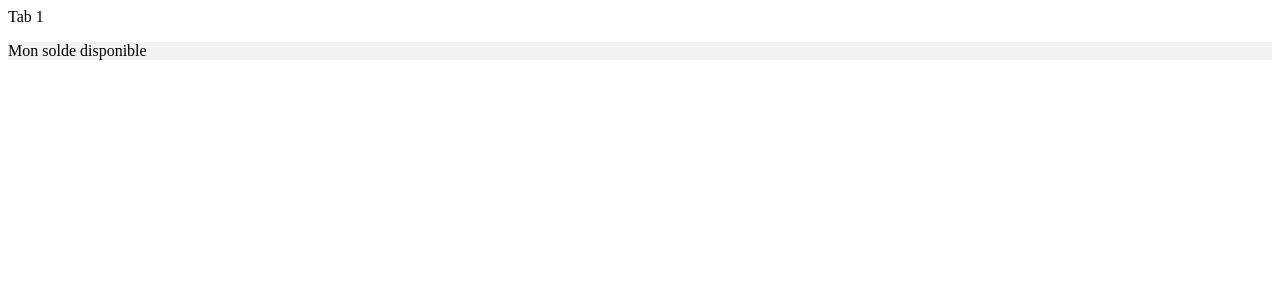
Repository: karimniang/AKN_SA_Transactions
Page: TransfertFrontProject/src/app/tab1/tab1.page.html
The author's editor kept a copy of each file at every save. The page is drawn from the files as they stood at one save, then again after the next save.
The browser window is 1280 px wide. The pictures show the whole page.

Above is the page before, as saved 2021-03-02 00:35:16.

### TransfertFrontProject/src/app/tab1/tab1.page.html
<ion-header [translucent]="true">
  <ion-toolbar>
    <ion-title>
      Tab 1
    </ion-title>
  </ion-toolbar>
</ion-header>

<ion-content [fullscreen]="true" >
  <div style="background-color: #f2f2f2;" class="h-25">
    <div class="w-75 mx-auto h-50 p-4 bg-white">
      <p>Mon solde disponible</p>
    </div>
  </div>
  <!-- <ion-header collapse="condense">
    <ion-toolbar>
      <ion-title size="large">Tab 1</ion-title>
    </ion-toolbar>
  </ion-header>

  <app-explore-container name="Tab 1 page"></app-explore-container> -->
</ion-content>

After the next save:
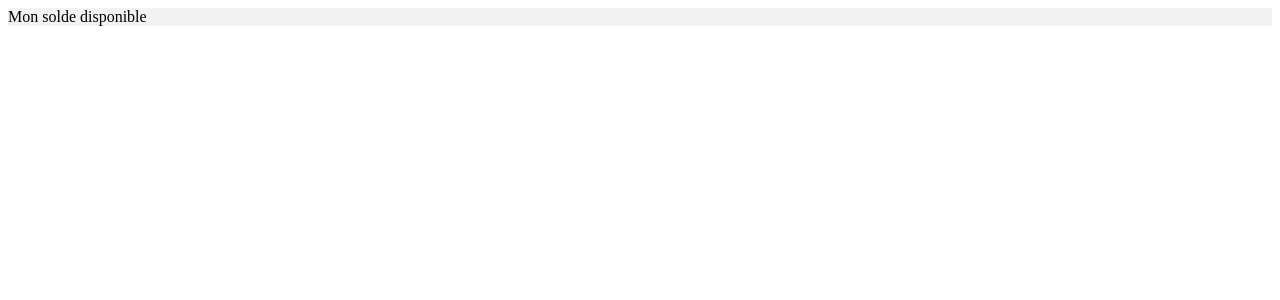
Saved 11 s later.
--- a/TransfertFrontProject/src/app/tab1/tab1.page.html
+++ b/TransfertFrontProject/src/app/tab1/tab1.page.html
@@ -1,10 +1,10 @@
-<ion-header [translucent]="true">
+<!-- <ion-header [translucent]="true">
   <ion-toolbar>
     <ion-title>
       Tab 1
     </ion-title>
   </ion-toolbar>
-</ion-header>
+</ion-header> -->
 
 <ion-content [fullscreen]="true" >
   <div style="background-color: #f2f2f2;" class="h-25">

After the save that followed:
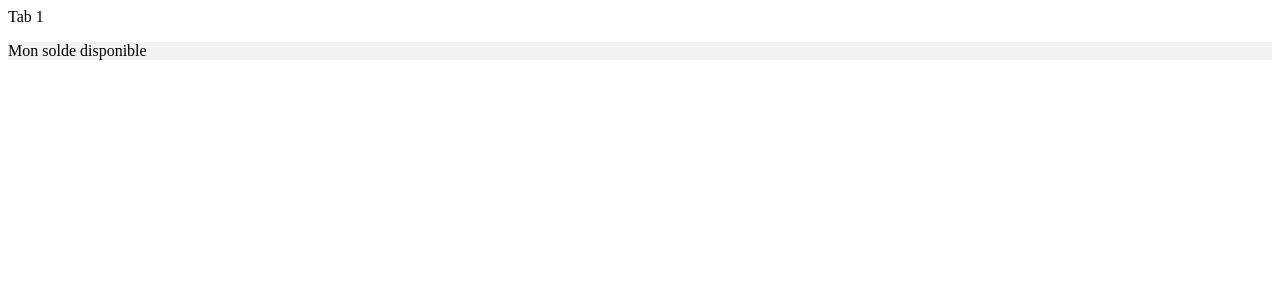
Saved 21 s later.
--- a/TransfertFrontProject/src/app/tab1/tab1.page.html
+++ b/TransfertFrontProject/src/app/tab1/tab1.page.html
@@ -1,14 +1,14 @@
-<!-- <ion-header [translucent]="true">
+<ion-header [translucent]="true">
   <ion-toolbar>
     <ion-title>
       Tab 1
     </ion-title>
   </ion-toolbar>
-</ion-header> -->
+</ion-header>
 
 <ion-content [fullscreen]="true" >
   <div style="background-color: #f2f2f2;" class="h-25">
-    <div class="w-75 mx-auto h-50 p-4 bg-white">
+    <div class="w-75 mx-auto h-50 mt-4 p-4 bg-white">
       <p>Mon solde disponible</p>
     </div>
   </div>
